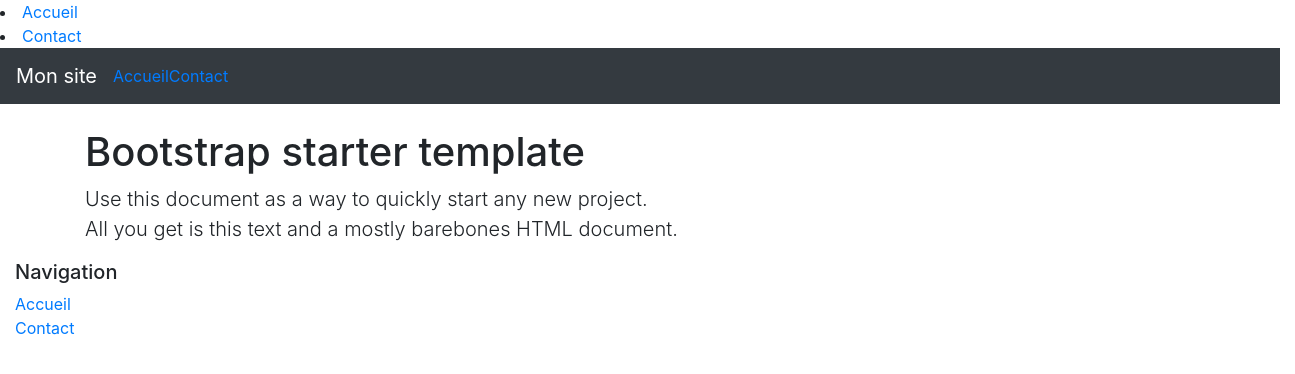
Repository: Alex-Serky/Backend_PHP
Page: http://localhost/index.php
These files come from the project's save history. The page is drawn as it stood at one moment and after the next save; the edit follows.
The browser window is 1280 px wide. The page is 1280 px wide, then 1295 px, so the pictures cover 1295 px, including what lies to the right of the window. The pictures show the whole page.
Some web libraries are served in a nearby version. The page is run by PHP 8.4 with error messages shown; the project is at /var/www/html/.

Above is the page before, as saved 2020-07-20 17:42:27.

After the next save:
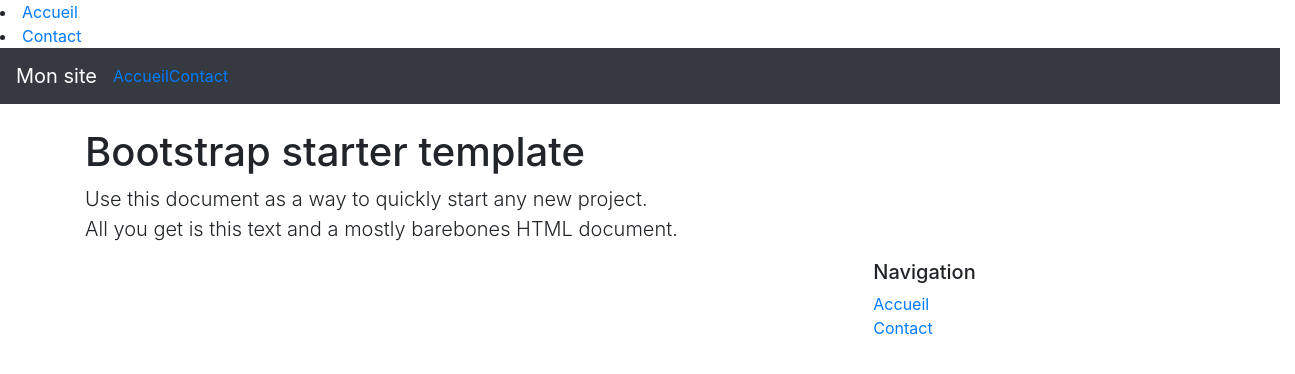
Saved 63 s later.
--- a/footer.php
+++ b/footer.php
@@ -1,6 +1,6 @@
 </main><!-- /.container -->
 
-<div class="row"></div>
+<div class="row">
 <div class="col-md-4"></div>
 <div class="col-md-4"></div>
 <div class="col-md-4">
